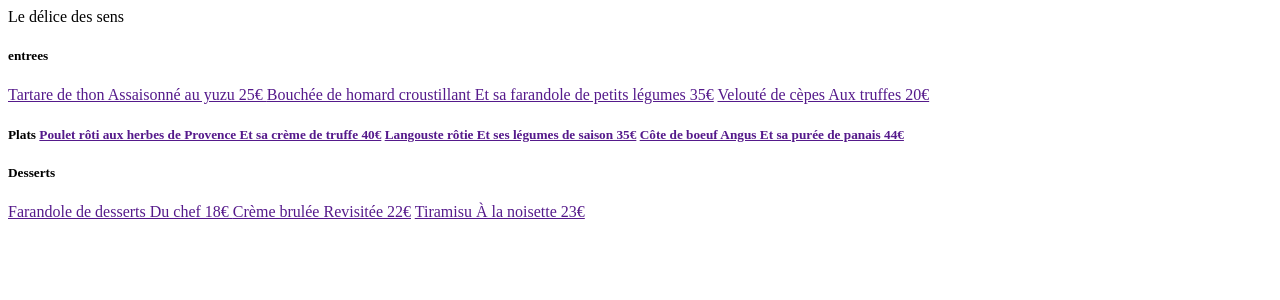
Repository: lysianebo/OHMYFOOD
Page: La_note_enchantée.html
An editor plug-in stored every save of this project. The page is shown before and after the next save, followed by the edit.
The browser window is 1280 px wide. The pictures show the whole page.

Above is the page before, as saved 2022-10-22 13:09:35.

After the next save:
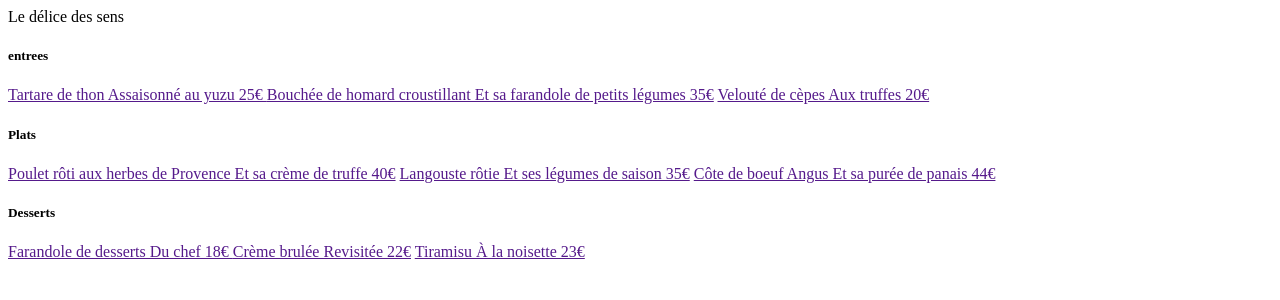
Saved 50 s later.
--- a/La_note_enchantée.html
+++ b/La_note_enchantée.html
@@ -4,6 +4,7 @@
     <meta charset="UTF-8">
     <meta http-equiv="X-UA-Compatible" content="IE=edge">
     <meta name="viewport" content="width=device-width, initial-scale=1.0">
+
     <title>Document</title>
 </head>
 <body>
@@ -22,7 +23,7 @@
 Aux truffes
 20€</a>
 
-<H5>Plats
+<H5>Plats</H5>
 <a href="" class="btn grey">
 Poulet rôti aux herbes de Provence
 Et sa crème de truffe
